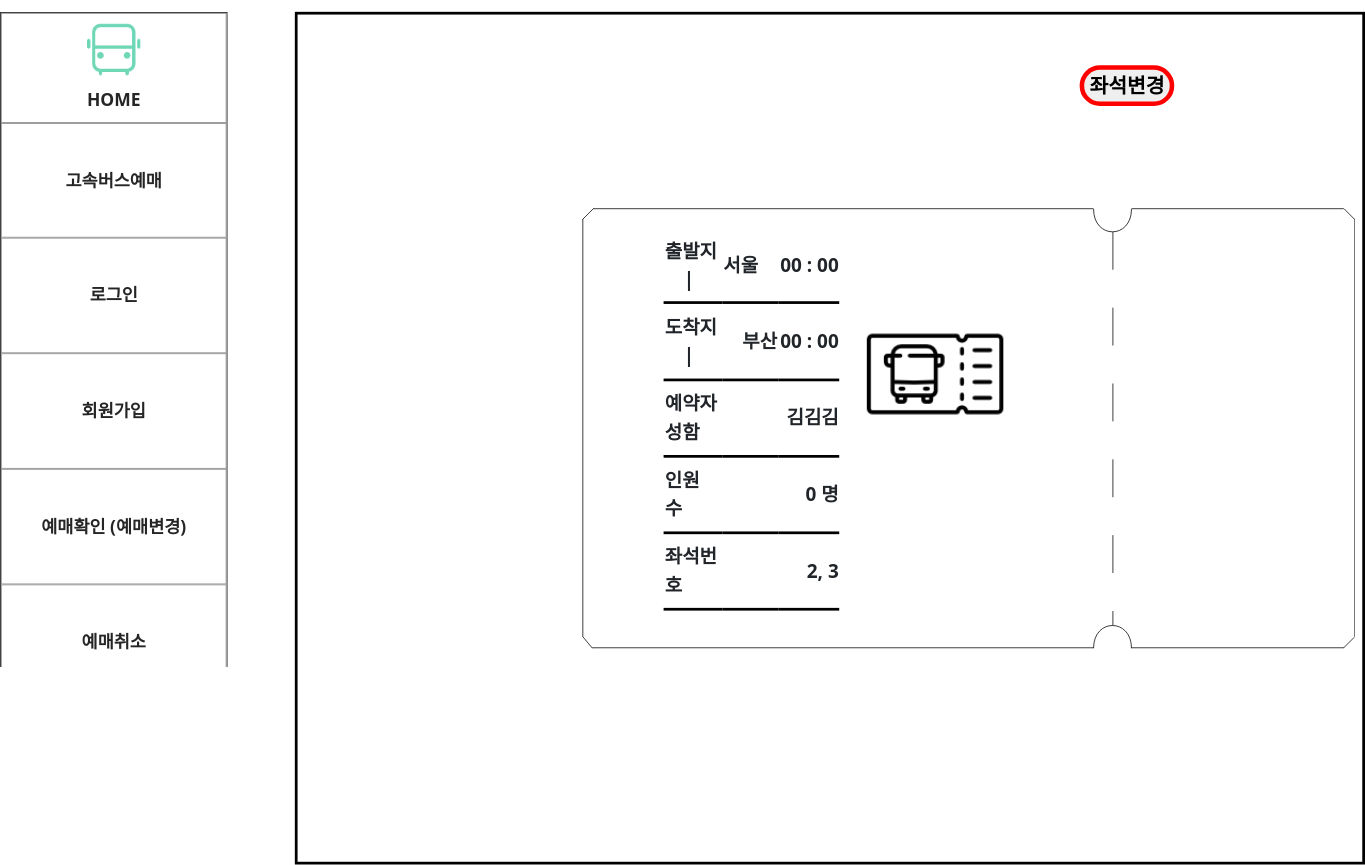
Repository: rudqhd79/spring_personal
Page: http://localhost/reservation/check
An editor plug-in stored every save of this project. The page is shown before and after the next save, followed by the edit.
The browser window is 1280 px wide. The page is 1500 px wide, so the pictures cover 1500 px, including what lies to the right of the window. The pictures show the whole page, at 91% of full size.
The page is this project's Thymeleaf template; nobody is signed in. The template is opened directly, without the code that normally fills it, so the values that code supplies are empty.

Above is the page before, as saved 2023-02-03 07:14:56.

After the next save:
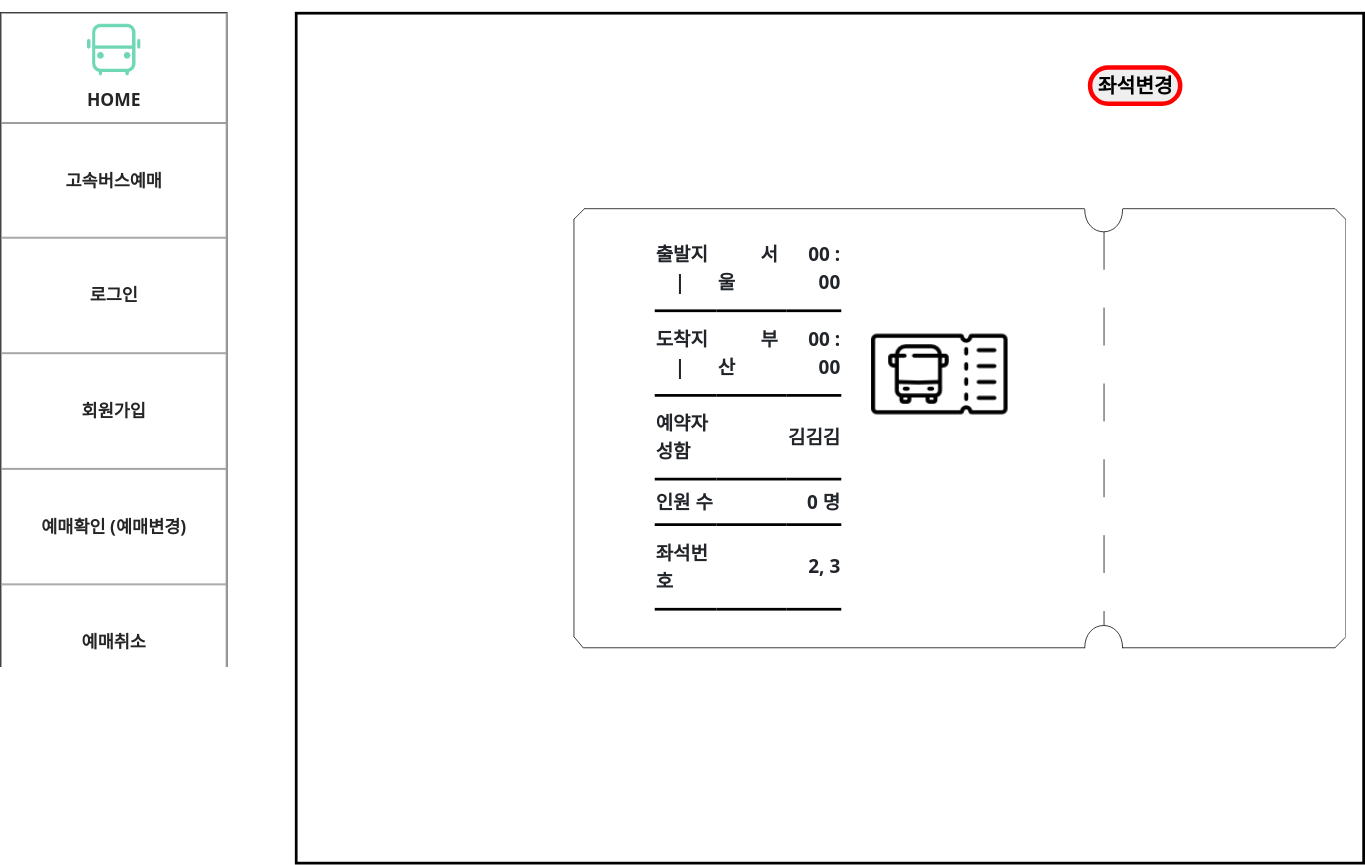
Saved 12 s later.
--- a/bus-reservation/src/main/resources/templates/reservation/check.html
+++ b/bus-reservation/src/main/resources/templates/reservation/check.html
@@ -43,12 +43,12 @@
 						<table style="height: 420px; margin-top: 10px">
 							<tr class="check_tr_three">
 								<th class="check_th">출발지 &emsp;| &emsp;</th>
-								<th class="check_th">서울</th>
+								<th class="check_th"> &emsp; &emsp;서울</th>
 								<th class="check_th">00 : 00</th>
 							</tr>
 							<tr class="check_tr_three">
 								<th class="check_th">도착지 &emsp;| &emsp;</th>
-								<th class="check_th"> &emsp;부산</th>
+								<th class="check_th"> &emsp; &emsp;부산</th>
 								<th class="check_th">00 : 00</th>
 							</tr>
 							<tr class="check_tr_two">
